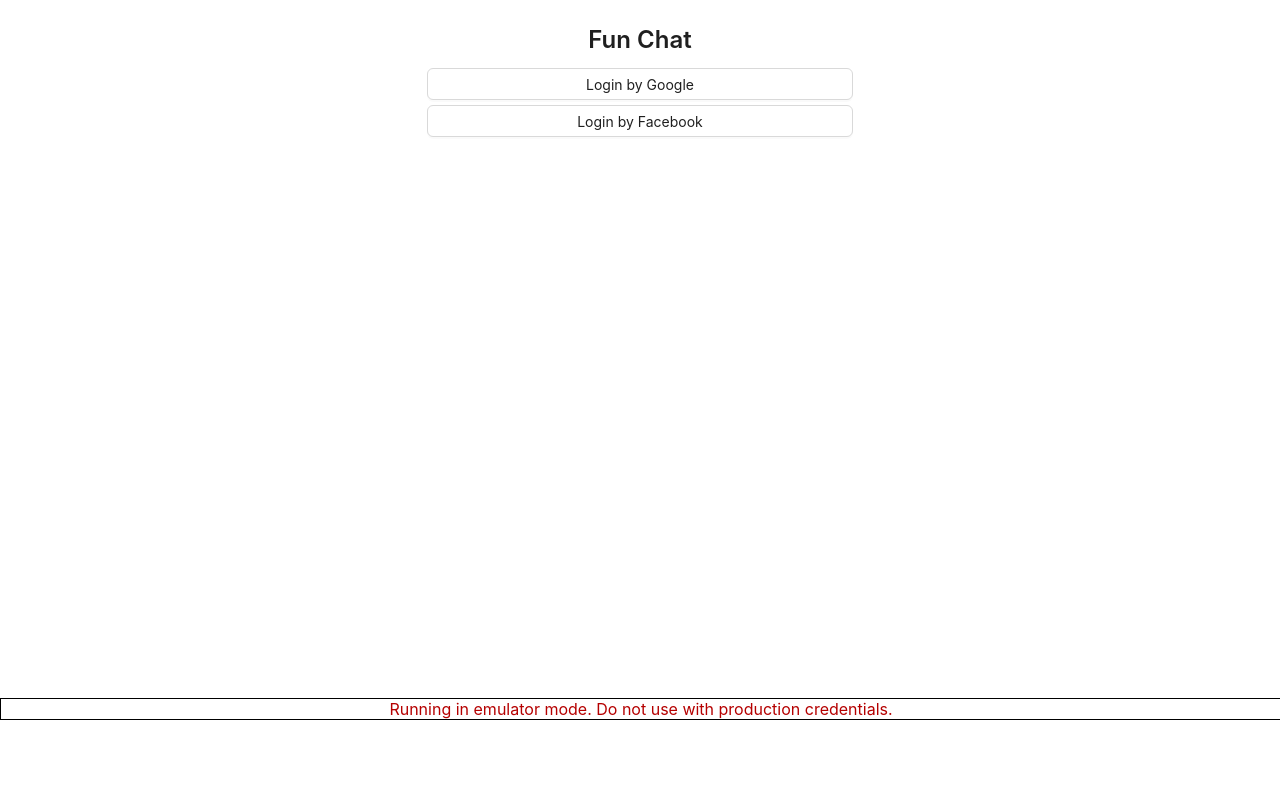
Repository: ynguyen1512/chat-real-time
Page: /
These files come from the project's save history. The page is drawn as it stood at one moment and after the next save; the edit follows.
The browser window is 1280 px wide. The pictures show the whole page.
The page's requests for data from a server got no answer. The project was rebuilt for these pictures with package versions that can differ from the ones it lists, and the page was loaded fresh each time. No one was signed in, and anything a server would have sent is missing. Also part of the build but not shown: src/App.css, src/components/ChatRoom/UserInfo.js, src/components/ChatRoom/RoomList.js, src/components/ChatRoom/Sidebar.js, src/components/ChatRoom/Message.js, src/components/ChatRoom/ChatWindow.js, src/components/ChatRoom/index.js.

Above is the page before, as saved 2023-08-11 13:31:21.

### src/App.js
import "./App.css";
import ChatRoom from "./components/ChatRoom";
import Login from "./components/Login";
import { BrowserRouter, Routes, Route } from "react-router-dom";
import AuthProvider from "./Context/AuthProvider";
import AppProvider from "./Context/AppProvider";
import AddRoomModal from "./components/Modals/AddRoomModal";
import InviteMemberModal from "./components/Modals/InviteMemberModal";
import RemoveRoomModal from "./components/Modals/RemoveRoomModal";

function App() {
  return (
    <BrowserRouter>
      <AuthProvider>
        <AppProvider>
          <Routes>
            <Route element={<Login />} path="/login" />
            <Route element={<ChatRoom />} path="/" />
          </Routes>
          <AddRoomModal />
          <RemoveRoomModal />
          <InviteMemberModal />
        </AppProvider>
      </AuthProvider>
    </BrowserRouter>
  );
}

export default App;

### src/components/Login/index.js
import React from "react";
import { Row, Col, Button, Typography } from "antd";
import firebase, { auth, db } from "../../firebase/config";
import { addDocument, generateKeywords } from "../../firebase/Services";

const { Title } = Typography;

const fbProvider = new firebase.auth.FacebookAuthProvider();

function Login() {
  const handleFbLogin = async () => {
    const { additionalUserInfo, user } = await auth.signInWithPopup(fbProvider);
    if (additionalUserInfo?.isNewUser) {
      // Insert data into the database
      addDocument("users", {
        displayName: user.displayName,
        email: user.email,
        photoURL: user.photoURL,
        uid: user.uid,
        providerId: additionalUserInfo.providerId,
        keywords: generateKeywords(user.displayName),
      });
    }
  };

  return (
    <div>
      <Row justify="center" style={{ height: 800 }}>
        <Col span={8}>
          <Title style={{ textAlign: "center" }} level={3}>
            Fun Chat
          </Title>
          <Button style={{ width: "100%", marginBottom: 5 }}>
            Login by Google
          </Button>
          <Button style={{ width: "100%" }} onClick={handleFbLogin}>
            Login by Facebook
          </Button>
        </Col>
      </Row>
    </div>
  );
}

export default Login;

### src/Context/AuthProvider.js
import { useNavigate } from "react-router-dom";
import { auth } from "../firebase/config";
import { createContext, useEffect, useState } from "react";
import { Spin } from "antd";
// import React from "react";

export const AuthContext = createContext();

function AuthProvider({ children }) {
  const navigate = useNavigate();
  const [user, setUser] = useState({});
  const [isLoading, setIsLoading] = useState(true);

  useEffect(() => {
    //   After login successfully
    const unsubscribed = auth.onAuthStateChanged((user) => {
      console.log({ user });
      if (user) {
        const { displayName, email, uid, photoURL } = user;
        setUser({ displayName, email, uid, photoURL });
        setIsLoading(false);
        navigate("/");
        return;
      }
      setIsLoading(false);
      navigate("/login");
    });
    // clean function
    return () => {
      unsubscribed();
    };
  }, [navigate]);

  return (
    <AuthContext.Provider value={{ user }}>
      {isLoading ? <Spin /> : children}
    </AuthContext.Provider>
  );
}

export default AuthProvider;

### src/Context/AppProvider.js
import React, { useMemo, useState } from "react";
import useFirestore from "../hooks/useFirestore";
import { AuthContext } from "./AuthProvider";

export const AppContext = React.createContext();

export default function AppProvider({ children }) {
  const [isAddRoomVisible, setIsAddRoomVisible] = useState(false);
  const [isRemoveRoomVisible, setIsRemoveRoomVisible] = useState(false);
  const [isInviteMemberVisible, setIsInviteMemberVisible] = useState(false);
  const [selectedRoomId, setSelectedRoomId] = useState("");

  const {
    user: { uid },
  } = React.useContext(AuthContext);

  const roomsCondition = React.useMemo(() => {
    return {
      fieldName: "members",
      operator: "array-contains",
      compareValue: uid,
    };
  }, [uid]);

  const rooms = useFirestore("rooms", roomsCondition);

  const selectedRoom = React.useMemo(
    () => rooms.find((room) => room.id === selectedRoomId) || {},
    [rooms, selectedRoomId]
  );

  const usersCondition = useMemo(() => {
    return {
      fieldName: "uid",
      operator: "in",
      compareValue: selectedRoom.members,
    };
  }, [selectedRoom.members]);

  const members = useFirestore("users", usersCondition);

  const clearState = () => {
    setSelectedRoomId("");
    setIsAddRoomVisible(false);
    setIsRemoveRoomVisible(false);
    setIsInviteMemberVisible(false);
  };

  return (
    <AppContext.Provider
      value={{
        rooms,
        members,
        selectedRoom,
        isAddRoomVisible,
        setIsAddRoomVisible,
        isRemoveRoomVisible,
        setIsRemoveRoomVisible,
        selectedRoomId,
        setSelectedRoomId,
        isInviteMemberVisible,
        setIsInviteMemberVisible,
        clearState,
      }}
    >
      {children}
    </AppContext.Provider>
  );
}

### src/components/Modals/AddRoomModal.js
import React, { useContext } from "react";
import { Form, Modal, Input } from "antd";
import { AppContext } from "../../Context/AppProvider";
import { addDocument } from "../../firebase/Services";
import { AuthContext } from "../../Context/AuthProvider";

function AddRoomModal() {
  const { isAddRoomVisible, setIsAddRoomVisible } = useContext(AppContext);
  const {
    user: { uid },
  } = useContext(AuthContext);
  const [form] = Form.useForm();

  const handleOk = () => {
    //add new room to firestore
    addDocument("rooms", { ...form.getFieldsValue(), members: [uid] });

    // reset data of form
    form.resetFields();

    setIsAddRoomVisible(false);
  };

  const handleCancel = () => {
    // reset data of form
    form.resetFields();
    setIsAddRoomVisible(false);
  };

  return (
    <div>
      <Modal
        title="Create Room"
        visible={isAddRoomVisible}
        onOk={handleOk}
        onCancel={handleCancel}
      >
        <Form form={form} layout="vertical">
          <Form.Item label="Room name" name="name">
            <Input placeholder="Input room name" />
          </Form.Item>
          <Form.Item label="Description" name="description">
            <Input.TextArea placeholder="Input room desc" />
          </Form.Item>
        </Form>
      </Modal>
    </div>
  );
}

export default AddRoomModal;

### src/components/Modals/InviteMemberModal.js
import React, { useContext, useMemo, useState } from "react";
import { Avatar, Form, Modal, Select, Spin } from "antd";
import { AppContext } from "../../Context/AppProvider";
import { addDocument } from "../../firebase/Services";
import { AuthContext } from "../../Context/AuthProvider";
import { debounce } from "lodash";
import { db } from "../../firebase/config";

function DebounceSelect({
  fetchOptions,
  debounceTimeout = 300,
  curMembers,
  ...props
}) {
  const [fetching, setFetching] = useState(false);
  const [options, setOptions] = useState([]);

  const debounceFetcher = useMemo(() => {
    const loadOptions = (value) => {
      setOptions([]);
      setFetching(true);

      fetchOptions(value, props.curMembers).then((newOptions) => {
        setOptions(newOptions);
        setFetching(false);
      });
    };

    return debounce(loadOptions, debounceTimeout);
  }, [debounceTimeout, fetchOptions, curMembers]);

  return (
    <Select
      labelInValue
      filterOption={false}
      onSearch={debounceFetcher}
      notFoundContent={fetching ? <Spin size="small" /> : null}
      {...props}
    >
      {options.map((opt) => (
        <Select.Option key={opt.value} value={opt.value} title={opt.label}>
          <Avatar size="small" src={opt.photoURL}>
            {opt.photoURL ? "" : opt.label?.charAt(0)?.toUpperCase()}
          </Avatar>
          {` ${opt.label}`}
        </Select.Option>
      ))}
    </Select>
  );
}

async function fetchUserList(search, curMembers) {
  return db
    .collection("users")
    .where("keywords", "array-contains", search?.toLowerCase())
    .orderBy("displayName")
    .limit(20)
    .get()
    .then((snapshot) => {
      return snapshot.docs
        .map((doc) => ({
          label: doc.data().displayName,
          value: doc.data().uid,
          photoURL: doc.data().photoURL,
        }))
        .filter((opt) => !curMembers.includes(opt.value));
    });
}

function InviteMemberModal() {
  const {
    isInviteMemberVisible,
    setIsInviteMemberVisible,
    selectedRoomId,
    selectedRoom,
  } = useContext(AppContext);
  const {
    user: { uid },
  } = useContext(AuthContext);
  const [value, setValue] = useState([]);
  const [form] = Form.useForm();

  const handleOk = () => {
    //add new room to firestore
    addDocument("rooms", { ...form.getFieldsValue(), members: [uid] });

    // reset data of form
    form.resetFields();
    setValue([]);

    // update members in current room
    const roomRef = db.collection("rooms").doc(selectedRoomId);

    roomRef.update({
      members: [...selectedRoom.members, ...value.map((val) => val.value)],
    });

    setIsInviteMemberVisible(false);
  };

  const handleCancel = () => {
    // reset data of form
    form.resetFields();
    setValue([]);

    setIsInviteMemberVisible(false);
  };

  return (
    <div>
      <Modal
        title="Invite members"
        visible={isInviteMemberVisible}
        onOk={handleOk}
        onCancel={handleCancel}
      >
        <Form form={form} layout="vertical">
          <DebounceSelect
            mode="multiple"
            label="Members Name"
            value={value}
            placeholder="Input member name"
            fetchOptions={fetchUserList}
            onChange={(newValue) => setValue(newValue)}
            style={{ width: "100%" }}
            curMembers={selectedRoom.members}
          />
        </Form>
      </Modal>
    </div>
  );
}

export default InviteMemberModal;

### src/components/Modals/RemoveRoomModal.js
import React, { useContext } from "react";
import {
  Form,
  Modal,
  Input,
  Popconfirm,
  Button,
  Select,
  Typography,
} from "antd";
import { AppContext } from "../../Context/AppProvider";
import { addDocument } from "../../firebase/Services";
import { AuthContext } from "../../Context/AuthProvider";
import useFirestore from "../../hooks/useFirestore";
import { styled } from "styled-components";

const LinkStyled = styled(Typography.Link)`
  display: block;
  margin-bottom: 5px;
  color: white;
`;

function RemoveRoomModal() {
  const {
    isRemoveRoomVisible,
    setIsRemoveRoomVisible,
    rooms,
    setSelectedRoomId,
  } = useContext(AppContext);
  const {
    user: { uid },
  } = useContext(AuthContext);
  const [form] = Form.useForm();

  // const { removeDocument } = useFirestore("rooms");

  const handleOk = async () => {
    //add new room to firestore
    // addDocument("rooms", { ...form.getFieldsValue(), members: [uid] });

    // reset data of form
    form.resetFields();

    setIsRemoveRoomVisible(false);
  };

  const handleCancel = () => {
    // reset data of form
    form.resetFields();
    setIsRemoveRoomVisible(false);
  };

  return (
    <div>
      <Modal
        title="Delete Room"
        visible={isRemoveRoomVisible}
        onOk={handleOk}
        onCancel={handleCancel}
      >
        {/* <Form form={form} layout="vertical">
          <Form.Item
            label="Input room name that you want to remove"
            name="namea"
          >
            <Input placeholder="Input here..." />
          </Form.Item>
        </Form> */}
        console.log(rooms);
        <Select
          defaultActiveKey={["1"]}
          // defaultValue={rooms.name}
          style={{ width: 120 }}
          // onChange={handleChange}
          options={rooms.map((room) => (
            <LinkStyled
              key={room.id}
              onClick={() => setSelectedRoomId(room.id)}
            >
              {room.name}
            </LinkStyled>
          ))}
        />
      </Modal>
    </div>
  );
}

export default RemoveRoomModal;

### src/firebase/config.js
import firebase from "firebase/app";

import "firebase/analytics";
import "firebase/auth";
import "firebase/firestore";

const firebaseConfig = {
  apiKey: "AIzaSyB0elROK3vDzd8dOUibQ0smWOEHph1by1M",
  authDomain: "chat-app-b0d0a.firebaseapp.com",
  projectId: "chat-app-b0d0a",
  storageBucket: "chat-app-b0d0a.appspot.com",
  messagingSenderId: "85859781497",
  appId: "1:85859781497:web:3c1b246a5f4792d52f3da8",
  measurementId: "G-MHVD81R6H8",
};
// Initialize Firebase
firebase.initializeApp(firebaseConfig);
firebase.analytics();

const auth = firebase.auth();
const db = firebase.firestore();

auth.useEmulator("http://localhost:9099");
if (window.location.hostname === "localhost") {
  db.useEmulator("localhost", "8080");
}

export { db, auth };
export default firebase;

### src/firebase/Services.js
import firebase, { db } from "./config";

export const addDocument = (collection, data) => {
  const query = db.collection(collection);

  query.add({
    ...data,
    createdAt: firebase.firestore.FieldValue.serverTimestamp(),
  });
};

// tao keywords cho displayName, su dung cho search
export const generateKeywords = (displayName) => {
  // liet ke tat cac hoan vi. vd: name = ["David", "Van", "Teo"]
  // => ["David", "Van", "Teo"], ["David", "Teo", "Van"], ["Teo", "David", "Van"],...
  const name = displayName.split(" ").filter((word) => word);

  const length = name.length;
  let flagArray = [];
  let result = [];
  let stringArray = [];

  /**
   * khoi tao mang flag false
   * dung de danh dau xem gia tri
   * tai vi tri nay da duoc su dung
   * hay chua
   **/
  for (let i = 0; i < length; i++) {
    flagArray[i] = false;
  }

  const createKeywords = (name) => {
    const arrName = [];
    let curName = "";
    name.split("").forEach((letter) => {
      curName += letter;
      arrName.push(curName);
    });
    return arrName;
  };

  function findPermutation(k) {
    for (let i = 0; i < length; i++) {
      if (!flagArray[i]) {
        flagArray[i] = true;
        result[k] = name[i];

        if (k === length - 1) {
          stringArray.push(result.join(" "));
        }

        findPermutation(k + 1);
        flagArray[i] = false;
      }
    }
  }

  findPermutation(0);

  const keywords = stringArray.reduce((acc, cur) => {
    const words = createKeywords(cur);
    return [...acc, ...words];
  }, []);

  return keywords;
};

### src/hooks/useFirestore.js
import { useEffect, useState } from "react";
import { db } from "../firebase/config";

const useFirestore = (collection, condition) => {
  const [documents, setDocuments] = useState([]);

  useEffect(() => {
    // When there is a change in this collection --> callback of onSnapshot is executed
    let collectionRef = db.collection(collection).orderBy("createdAt");

    // Condition
    // {
    //   fieldName: 'abc',
    //    operator: '=='
    //    compareValue: 'adb'
    // }
    //
    if (condition) {
      if (!condition.compareValue || !condition.compareValue.length) {
        // reset documents data
        setDocuments([]);
        return;
      }

      collectionRef = collectionRef.where(
        condition.fieldName,
        condition.operator,
        condition.compareValue
      );
    }

    const unsubscribe = collectionRef.onSnapshot((snapshot) => {
      const documents = snapshot.docs.map((doc) => ({
        ...doc.data(),
        id: doc.id,
      }));

      setDocuments(documents);
    });

    return unsubscribe;
  }, [collection, condition]);

  return documents;
};

export default useFirestore;

Loaded but not shown: public/index.html (common file); src/index.js (common file); src/index.css (common file); src/reportWebVitals.js (common file)

After the next save:
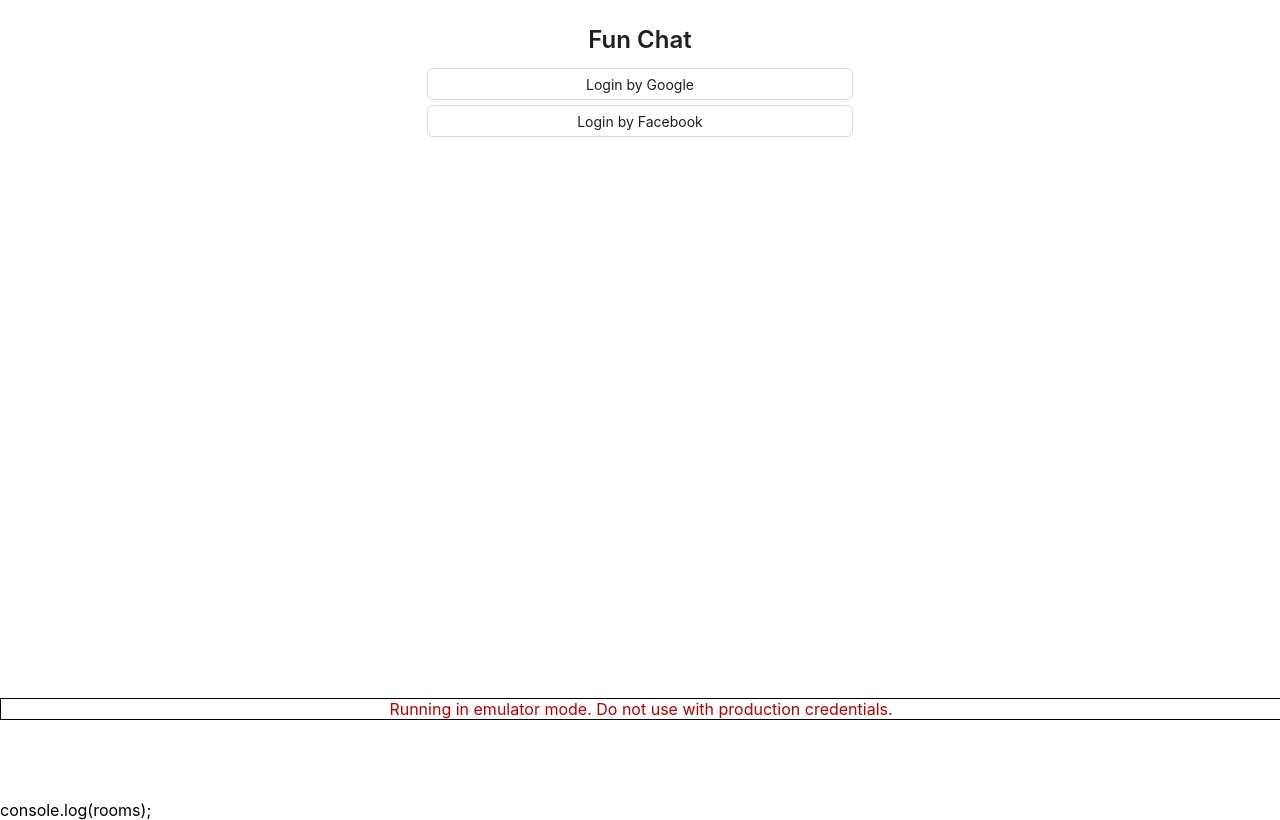
Saved 29 s later.
--- a/src/components/Modals/RemoveRoomModal.js
+++ b/src/components/Modals/RemoveRoomModal.js
@@ -52,6 +52,7 @@ function RemoveRoomModal() {
 
   return (
     <div>
+      console.log(rooms);
       <Modal
         title="Delete Room"
         visible={isRemoveRoomVisible}
@@ -66,7 +67,6 @@ function RemoveRoomModal() {
             <Input placeholder="Input here..." />
           </Form.Item>
         </Form> */}
-        console.log(rooms);
         <Select
           defaultActiveKey={["1"]}
           // defaultValue={rooms.name}
